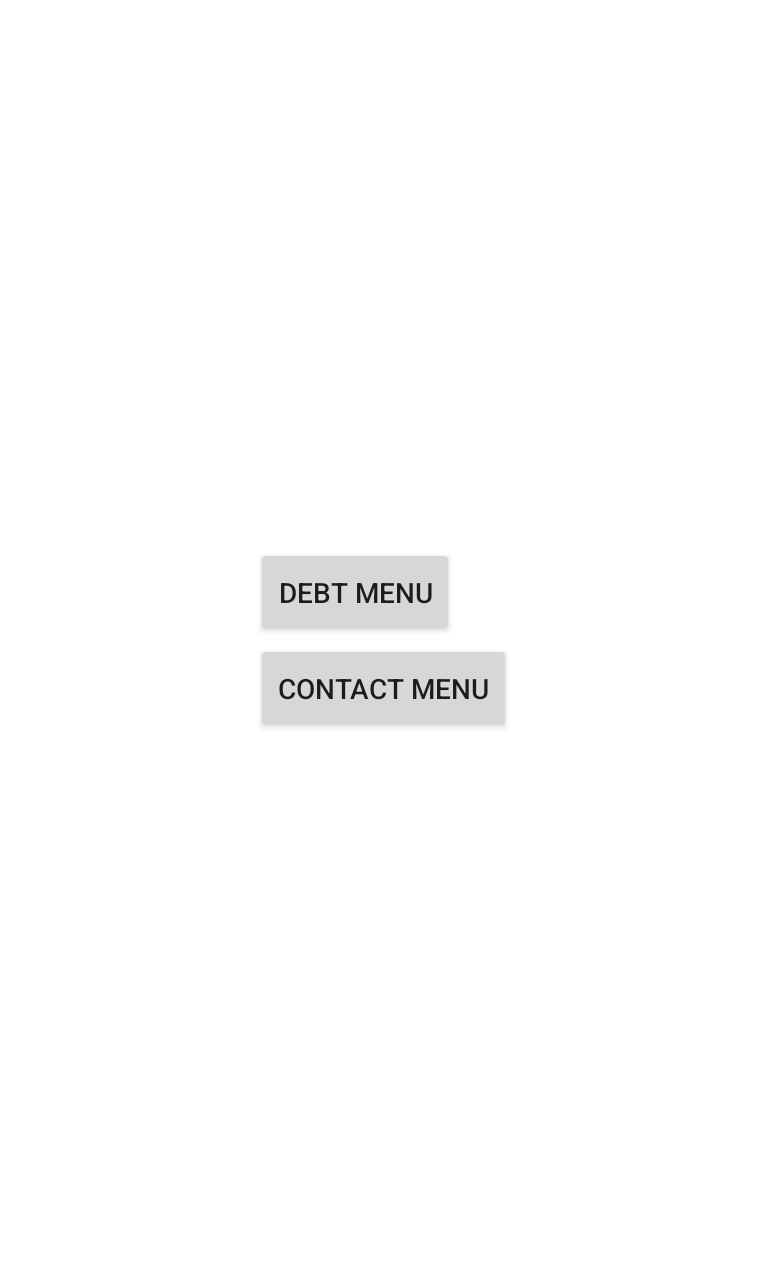
Repository: wisingd/Dajoroli
Layout: Workspace/SplitIt/res/layout/fragment_main.xml
These files come from the project's save history. The layout is drawn as it stood at one moment and after the next save; the edit follows.
It is drawn on a 768 x 1280 px phone screen (xhdpi) without system bars, with theme AppTheme; the app's code is not run.

Above is the layout before, as saved 2014-05-17 09:20:09.

After the next save:
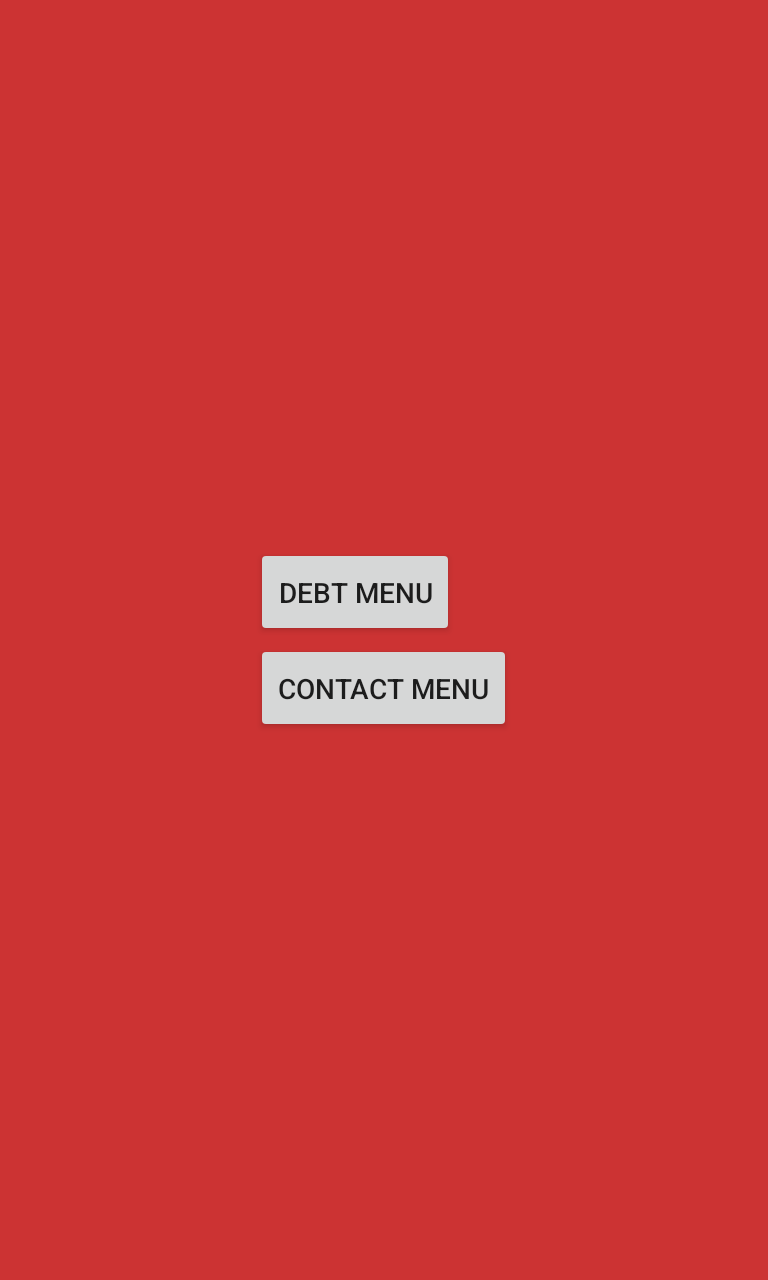
Saved 77 s later.
--- a/Workspace/SplitIt/res/layout/fragment_main.xml
+++ b/Workspace/SplitIt/res/layout/fragment_main.xml
@@ -5,7 +5,7 @@
     android:layout_height="match_parent"
     android:paddingLeft="16dp"
     android:paddingRight="16dp"
-    android:background = "#FFFFFF">
+    android:background = "#cc3333">
 
     <LinearLayout
         android:layout_width="wrap_content"
